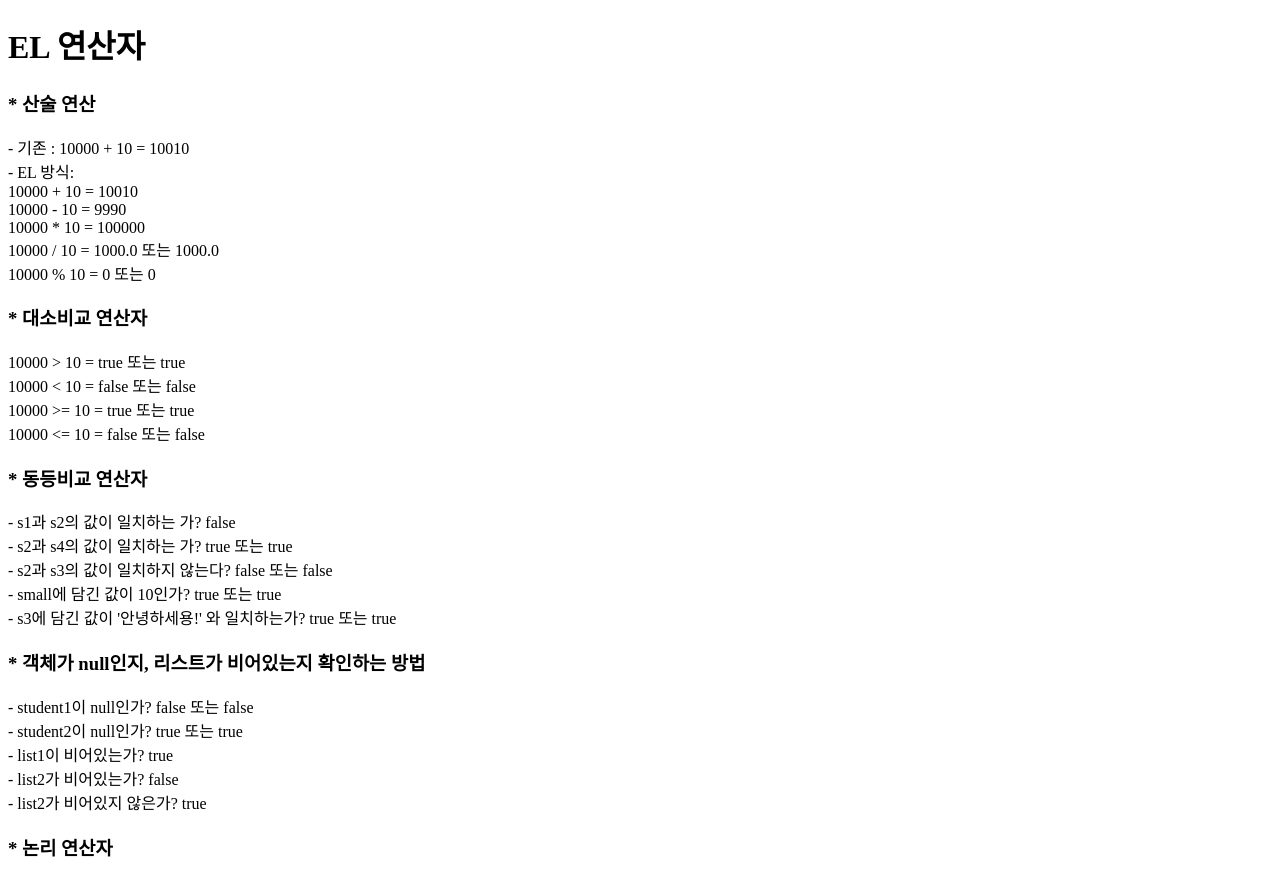
Repository: yoonseo0832/workspace
Page: http://localhost/2_jsp/operator.do
These files come from the project's save history. The page is drawn as it stood at one moment and after the next save; the edit follows.
The browser window is 1280 px wide. The pictures show the whole page.
The page is served by Tomcat 9.

Above is the page before, as saved 2025-03-21 01:18:33.

After the next save:
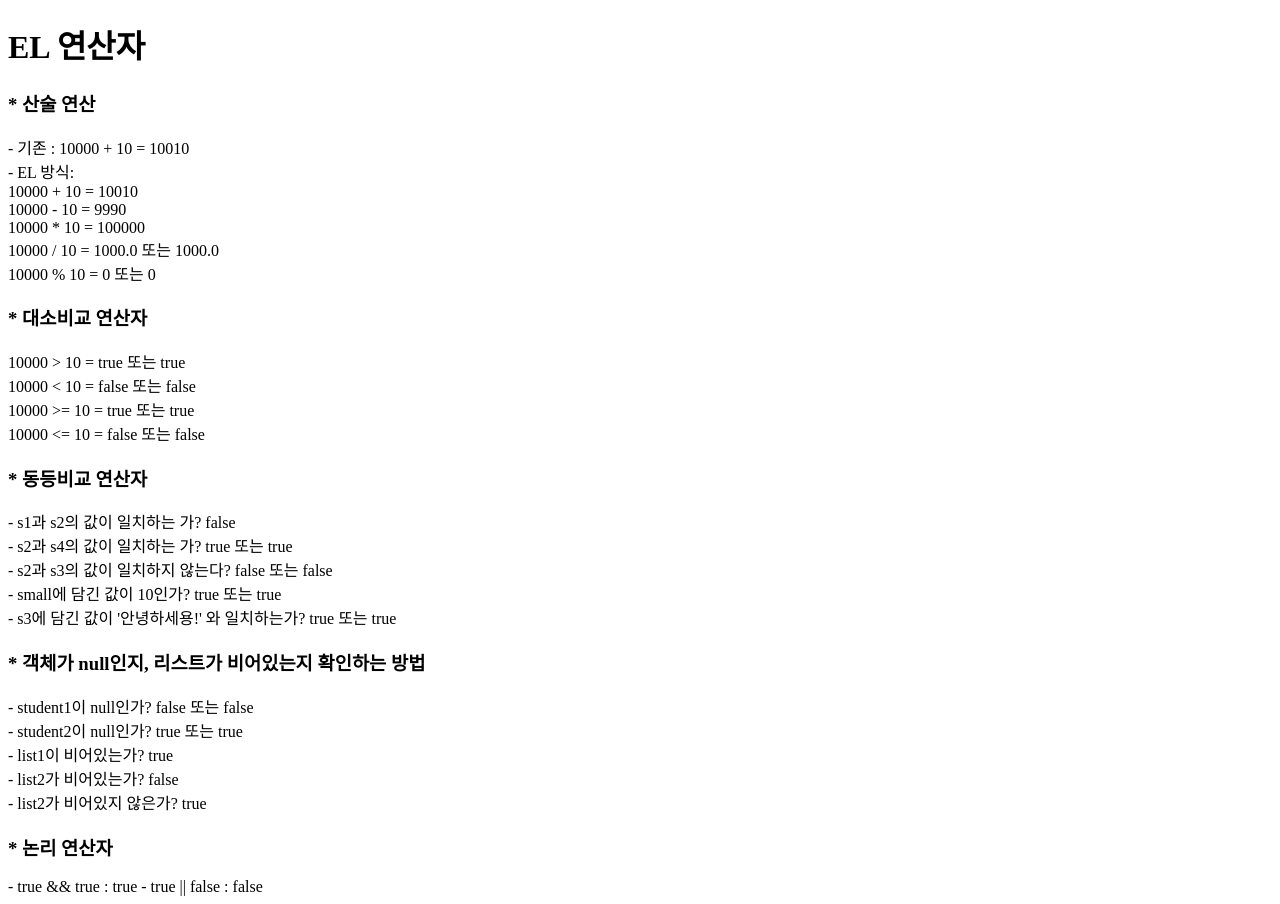
Saved 61 s later.
--- a/05_server/2_jsp/src/main/webapp/views/2_EL/2_elOperator.jsp
+++ b/05_server/2_jsp/src/main/webapp/views/2_EL/2_elOperator.jsp
@@ -49,5 +49,8 @@
 	- list2가 비어있지 않은가? ${not empty list2 }<br>
 
 	<h3>* 논리 연산자</h3>
+	- true && true  : ${true && true}
+	- true || false : ${false && false}
+
 </body>
 </html>
